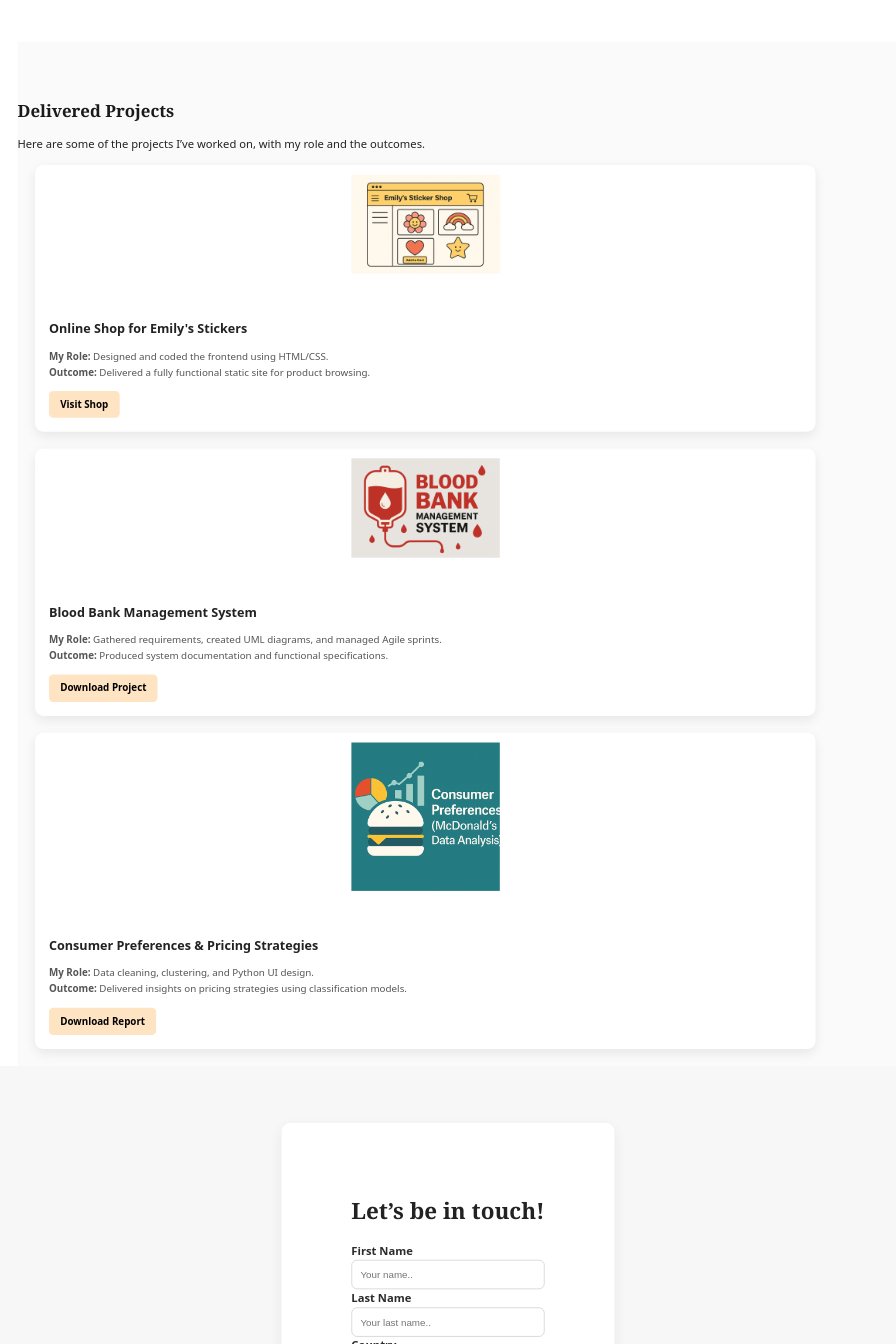
Repository: rozhinasaberi/MyPortfolio
Page: /login (app in client/)
The author's editor kept a copy of each file at every save. The page is drawn from the files as they stood at one save, then again after the next save.
The browser window is 1280 px wide. The pictures show the part of the page from y = 3214 to 5134 px (the page is 5541 px tall before and 8119 px after), at 70% of full size.
The project was rebuilt for these pictures with package versions that can differ from the ones it lists, and the page was loaded fresh each time.

Above is the page before, as saved 2025-09-17 06:13:59.

### client/index.html
<!doctype html>
<html lang="en">
  <head>
    <meta charset="UTF-8" />
    <link rel="icon" type="image/svg+xml" href="/vite.svg" />
    <meta name="viewport" content="width=device-width, initial-scale=1.0" />
    <title>Vite + React</title>
  </head>
  <body>
    <div id="root"></div>
    <script type="module" src="/src/main.jsx"></script>
    <script src="https://cdn.jsdelivr.net/npm/bootstrap@5.2.3/dist/js/bootstrap.bundle.min.js" crossorigin="anonymous"></script>

  </body>
</html>

### client/src/main.jsx
import React from "react";
import ReactDOM from "react-dom/client";
import App from "./App.jsx";
import "./midterm1.css"; // ✅ make sure CSS is loaded

ReactDOM.createRoot(document.getElementById("root")).render(
  <React.StrictMode>
    <App />
  </React.StrictMode>
);

### client/src/midterm1.css
/* ===========================
   Global / Base
   =========================== */
   :root {
    --header-h: 70px;
    --accent: bisque;
    --text: #222;
    --muted: #555;
    --bg: #fff;
    --bg-soft: #f7f7f7;
    --bg-alt: #fafafa;
  }

  * { box-sizing: border-box; }
  html, body { height: 100%; }

  body {
    margin: 0;
    font-family: "Poppins", system-ui, -apple-system, Segoe UI, Roboto, Arial, sans-serif;
    color: var(--text);
    background: var(--bg);
    line-height: 1.6;
    padding-top: var(--header-h);   /* clears fixed header */
  }

  h1, h2, h3, h4 {
    font-family: "Playfair Display", Georgia, serif;
    color: #1a1a1a;
    margin: 0 0 .5rem 0;
  }

  /* Container max width harmony with Bootstrap */
  .container { max-width: 1140px; }

  /* ===========================
     Header / Navbar
     =========================== */
  #header {
    position: fixed;
    top: 0; left: 0; right: 0;
    height: var(--header-h);
    background: var(--accent);
    display: flex;
    align-items: center;
    z-index: 1000;
    box-shadow: 0 2px 8px rgba(0,0,0,.08);
  }

  .logo img {
    max-height: 40px; }

  .navbar ul {

    margin: 0; padding: 0;
    list-style: none;
    display: flex; align-items: center; gap: 18px;
  }

  .navbar a, .nav-link {

    margin-left: 20px;
    text-decoration: none;
    font-size: 14px;
    font-weight: 600;
    color: #444 !important;
    transition: color .2s ease;
  }
  .navbar a:hover { color: #000 !important; }

  /* ===========================
     Hero (intro) — full height
     =========================== */
  .home {

    display: flex;
    min-height: 100vh;               /* fill viewport */
    align-items: center;
    justify-content: center;
    margin-left: 20px;

  }
  .home-section {
    background: #fafafa;
    margin-top: -100px;

  }

  .home-section h1 {
    font-size: 36px;
    margin-bottom: 16px;
    color: #222;
  }

  .home-section .lead {
    font-size: 18px;
    color: #555;
    margin-bottom: 20px;
  }

  .home-section .mission {
    font-size: 16px;
    font-style: italic;
    color: #444;
    margin-bottom: 30px;
  }

  .home-section .btn-visitpage {
    background: bisque;
    border-radius: 8px;
    padding: 12px 24px;
    font-weight: bold;
  }

  .hero-photo {
    max-width: 220px;       /* nice medium size */
    width: 100%;
    height: auto;
    border-radius: 12px;
    margin: 0 auto 20px auto;   /* center photo + spacing below */
    display: block;
    object-fit: cover;
    box-shadow: 0 6px 16px rgba(0,0,0,.12);
  }


  .hero-title {
    font-size: clamp(28px, 4vw, 36px);
    font-weight: 700;
    color: #222;
    margin-bottom: 8px;
  }
  .hero-subtitle {
    font-size: 18px;
    color: #555;
    margin-bottom: 20px;
  }


  .list-social { display: flex; gap: 14px; }
  .list-social a {
    font-size: 20px;
    color: #333 !important;
    text-decoration: none;
  }
  .list-social a:hover { color: #000 !important; }




  /* ===========================
     About — full height card
     =========================== */
  .aboutsection {
    background: var(--bg-soft);
    min-height: 100vh;               /* fill viewport */
    display: flex;
    align-items: center;
    justify-content: center;
    padding: 60px 0;
    margin-top: -140px;

  }

  .about-container {
    align-items: center;
    justify-content: center;

    background: #fff;
    border-radius: 12px;
    border: 1px solid #eee;
    box-shadow: 0 10px 24px rgba(0,0,0,.06);
    padding: 40px 32px;
    text-align: left;
  }

  .about-container h2 {
    font-size: clamp(18px, 2.5vw, 22px);  /* smaller heading */
    color: #222;
    margin-bottom: 12px;
    line-height: 1.4;
  }
  .about-container p {
    margin: 0 0 18px 0;
    color: var(--muted);
    line-height: 1.7;
  }



  /* Button */
  .btn-visitpage {
    display: inline-block;
    background: var(--accent);
    border: none;
    color: #000;
    font-weight: 600;
    padding: 10px 22px;
    border-radius: 8px;
    text-decoration: none;
    transition: background .2s ease, transform .05s ease;
  }
  .btn-visitpage:hover { background: #e6cfa9; }
  .btn-visitpage:active { transform: scale(.98); }

  /* ===========================
     Skills / Services section
     =========================== */
  .Servicesection {

    background: #fff;
    padding: 80px 0;
    min-height: 100vh;               /* fill viewport */
    display: flex;
    align-items: center;
    justify-content: center;
    margin-top: -80px;

  }
  .Servicesection .h4-heading {
    text-align: center;
    margin-bottom: 8px;
  }
  .Servicesection .p-heading {
    text-align: center;
    margin-bottom: 28px;
    color: var(--muted);
  }
  .text-box {
    padding: 24px 16px;
    border: 2px solid beige;
    border-radius: 10px;
    background: #fff;
    text-align: center;
    height: 100%;
  }

  /* ===========================
     Projects
     =========================== */
/* ===========================
   Projects Section
   =========================== */
   .Projectsection {
    padding: 80px 0;
    background: #fafafa;
    margin-left: 25px;
  }

  .Projectsection .row {
    margin: 0 -12px;         /* balance spacing */
  }

  .Projectsection .col-lg-4,
  .Projectsection .col-md-6 {
    padding: 0 12px;         /* horizontal gap between cards */
    margin-bottom: 24px;     /* vertical spacing */
    margin-left: 25px;
  }

  .project-card {
    border: none;
    border-radius: 12px;
    overflow: hidden;
    background: #fff;
    box-shadow: 0 6px 16px rgba(0,0,0,.08);
    transition: transform .2s ease, box-shadow .2s ease;
  }

  .project-card:hover {
    transform: translateY(-5px);
    box-shadow: 0 10px 22px rgba(0,0,0,.12);
  }


.Projectsection .card-img-top,
#Project .card-img-top {
  max-width: 220px !important;
  max-height: 220px !important;
  width: auto !important;
  height: auto !important;
  object-fit: contain;
  display: block;
  margin: 10px auto;
  padding: 4px;
  background: #fff;
}



  .project-card .card-body {
    padding: 20px;
    text-align: left;
  }

  .project-card .card-title {
    font-size: 18px;
    font-weight: 600;
    margin-bottom: 10px;
  }

  .project-card .card-text {
    font-size: 14px;
    color: #555;
    margin-bottom: 16px;
  }

  .project-card .btn-visitpage {
    background: bisque;
    border: none;
    padding: 8px 16px;
    font-size: 14px;
    border-radius: 6px;
    font-weight: 600;
    transition: background .2s ease;
  }

  .project-card .btn-visitpage:hover {
    background: #e6cfa9;
  }


  /* ===========================
     Contact / Form
     =========================== */
 /* ===========================
   Contact / Form
   =========================== */
#form {
    background: #f7f7f7;        /* light grey to separate section */
    padding: 80px 0;
    min-height: 100vh;               /* fill viewport */
    display: flex;
    align-items: center;
    justify-content: center;
    margin-top: -80px;

  }

  #form .container {
    max-width: 900px;
    background: #fff;
    border-radius: 14px;
    border: 1px solid #eee;
    box-shadow: 0 8px 20px rgba(0,0,0,.06);
    padding:  100px;
  }
  #form .row {
    display: flex;
    flex-direction: column;   /* stack items vertically */
    gap: 16px;                /* spacing between boxes */
  }

  #form .item-form,
  #form .subject-form {
    width: 100%;
    margin: 0;                /* remove left/right float spacing */
  }

  #form input[type="text"],
  #form select,
  #form textarea {
    width: 100%;              /* make every box full-width */
    display: block;
  }
  #form h2 {
    font-family: "Playfair Display", Georgia, serif;
    font-size: clamp(22px, 3vw, 32px);
    text-align: center;
    margin-bottom: 20px;
    color: #222;
  }

  #form p {
    text-align: center;
    color: #666;
    margin-bottom: 30px;
  }

  #form .form-label {
    font-weight: 600;
    margin-bottom: 6px;
    color: #2b2b2b;
  }

  #form .form-control,
  #form .form-select,
  #form textarea {
    border: 1px solid #ccc;
    border-radius: 8px;
    padding: 12px;
    font-size: 14px;
    transition: border-color .2s ease, box-shadow .2s ease;
  }

  #form .form-control:focus,
  #form .form-select:focus,
  #form .form-select:focus {
    outline: none;
    border-color: #c9a873;
    box-shadow: 0 0 0 4px rgba(201,168,115,.15);
  }

  #form .contact-actions {
    margin-top: 20px;
    text-align: right;
  }

  #form .btn-visitpage {
    background: bisque;
    color: #000;
    font-weight: 600;
    border-radius: 8px;
    padding: 10px 22px;
    transition: background .2s ease, transform .05s ease;
  }

  #form .btn-visitpage:hover {
    background: #e6cfa9;
  }
  #form .btn-visitpage:active {
    transform: scale(.98);
  }

Loaded but not shown: client/src/App.jsx (239 lines, source omitted)

After the next save:
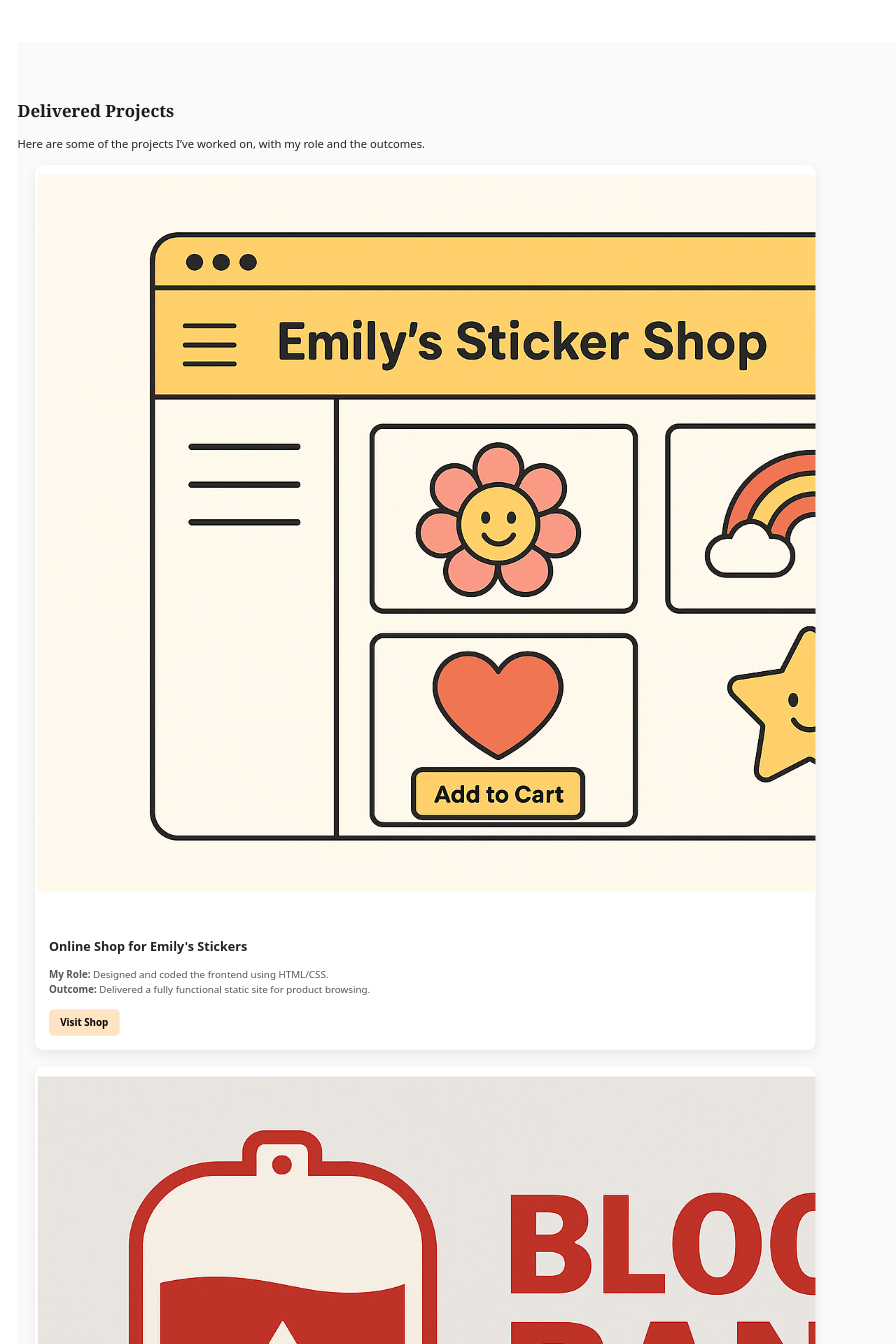
Saved 46 s later.
--- a/client/src/midterm1.css
+++ b/client/src/midterm1.css
@@ -274,8 +274,8 @@
 
 .Projectsection .card-img-top,
 #Project .card-img-top {
-  max-width: 220px !important;
-  max-height: 220px !important;
+  max-width: 110
+  max-height: 110px !important;
   width: auto !important;
   height: auto !important;
   object-fit: contain;

After the save that followed:
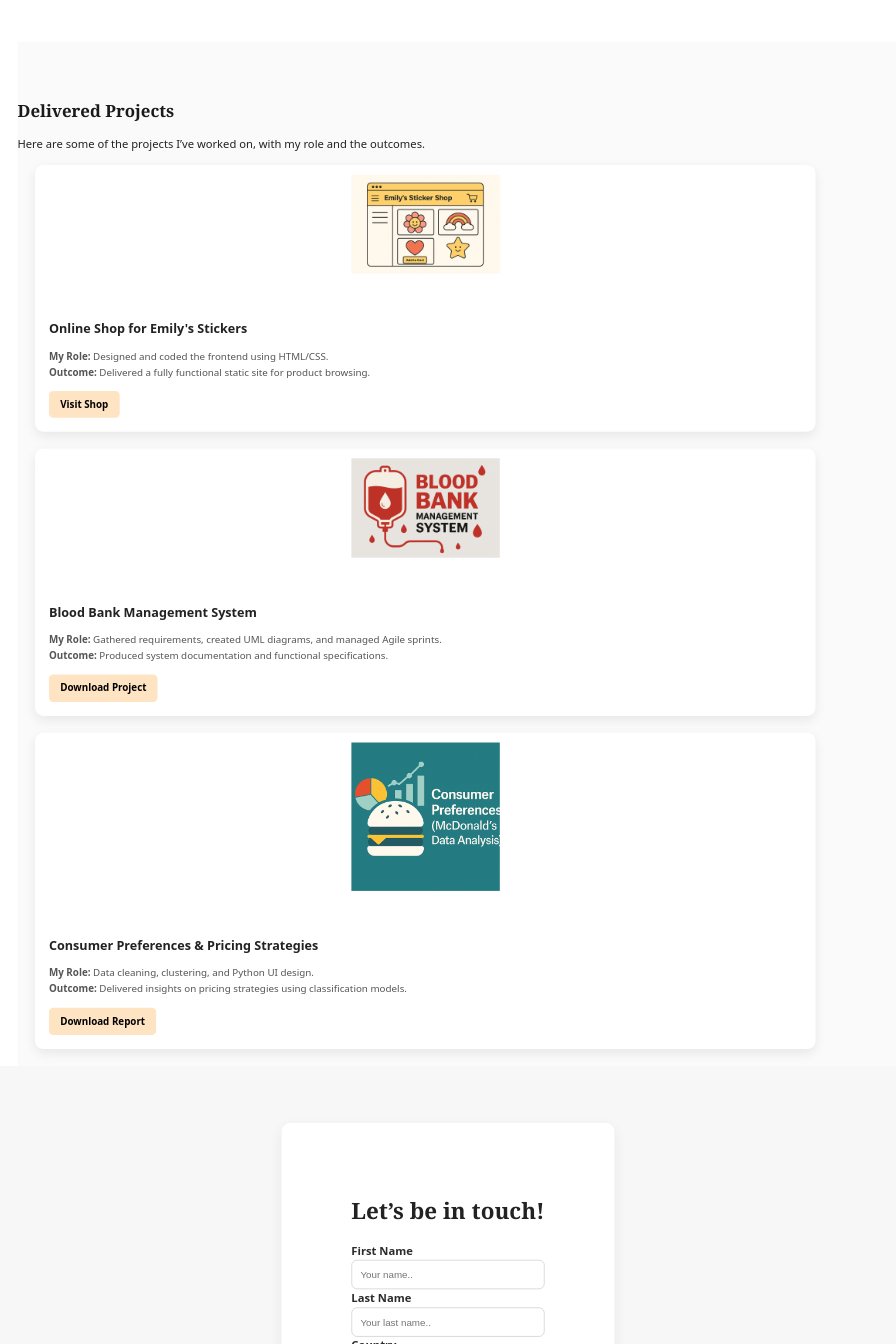
Saved 6 s later.
--- a/client/src/midterm1.css
+++ b/client/src/midterm1.css
@@ -274,8 +274,8 @@
 
 .Projectsection .card-img-top,
 #Project .card-img-top {
-  max-width: 110
-  max-height: 110px !important;
+  max-width: 220px !important;
+  max-height: 220px !important;
   width: auto !important;
   height: auto !important;
   object-fit: contain;
